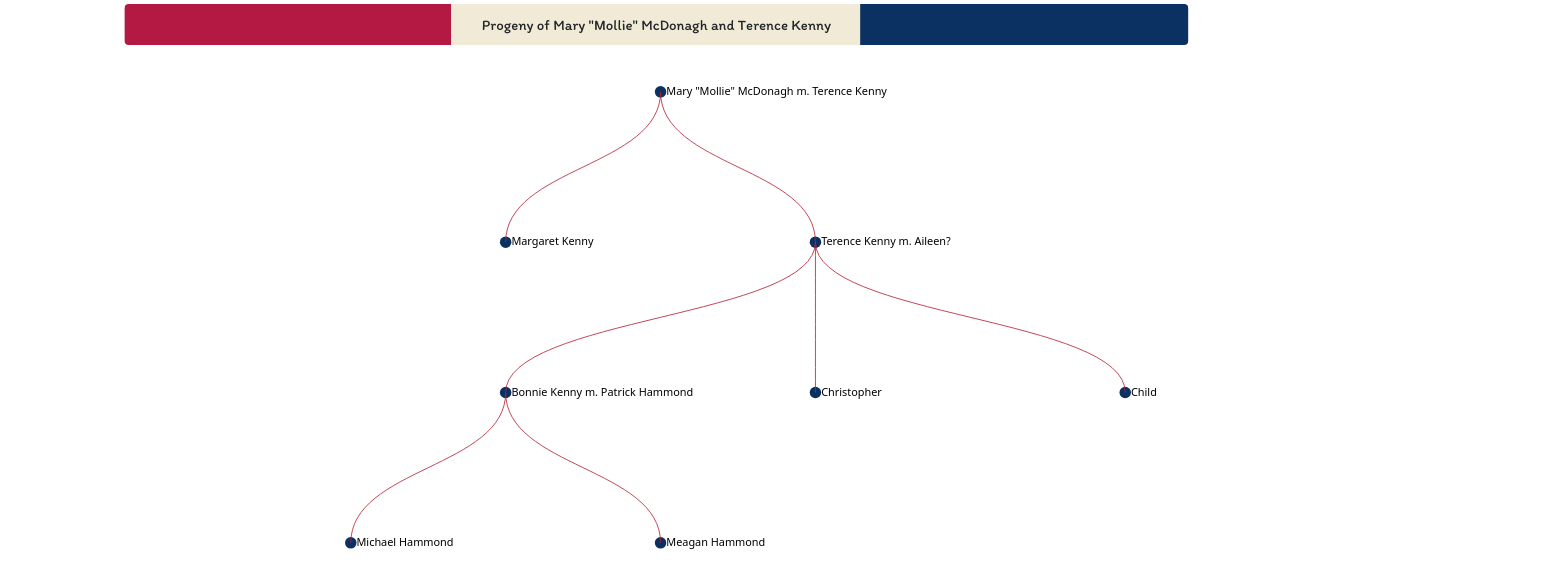
Repository: George2916/GreensladeFamilyTree
Page: progenyMollieMcDonagh.html
The author's editor kept a record of every edit. The page is drawn from the files as they stood at one moment, then again after the next edit.
The browser window is 1280 px wide. The page is 1900 px wide, so the pictures cover 1900 px, including what lies to the right of the window. The pictures show the whole page, at 82% of full size.

Above is the page before.

### progenyMollieMcDonagh.html
<!doctype html>
<html lang="en">
<head>

    <meta charset="utf-8">
    <meta http-equiv="X-UA-Compatible" content="IE-edge">
    <meta name="viewport" content="width=device-width, initial-scale=1">
    <!--[if lt IE 9]
      <script src="https://oss.maxcdn.com/html5shiv/3.7.2/html5shiv.min.js"></script>
      <script src="https://oss.maxcdn.com/respond/1.4.2/respond.min.js"></script>
    <![endif]-->

    <link rel="stylesheet" type="text/css" href="css/bootstrap.css">
    <link href="css/myStyle2.css" rel="stylesheet" type="text/css">
    <link rel="preconnect" href="https://fonts.gstatic.com">
    <link href="https://fonts.googleapis.com/css2?family=Itim&display=swap" rel="stylesheet">

<title>Progeny of Mary "Molly" McDonagh and Terence Kenny</title>

    <script src="js/d3.min.v6.7.0.js"></script>

</head>

<body class="progenySarahBody">

    <div class="container-fluid">

  <div>
    <div class="progenyMaryA"></div>
	  <div class="progenySarahB" id="progeny">Progeny of Mary "Mollie" McDonagh and Terence Kenny</div>
	  <div class="progenySarahC"></div>
  </div>

  </div>

    <script>

    var svg = d3.select("body").append("svg")
            .attr("width",1700).attr("height",620)
            .append("g").attr("transform", "translate(50,50)");

    var data = [{"child":"Mary \"Mollie\" McDonagh m. Terence Kenny", "parent": ""},

                {"child":"Margaret Kenny", "parent": "Mary \"Mollie\" McDonagh m. Terence Kenny"},

                {"child":"Terence Kenny m. Aileen?", "parent": "Mary \"Mollie\" McDonagh m. Terence Kenny"},

                {"child":"Bonnie Kenny m. Patrick Hammond", "parent": "Terence Kenny m. Aileen?"},
                {"child":"Michael Hammond", "parent": "Bonnie Kenny m. Patrick Hammond"},
                {"child":"Meagan Hammond", "parent": "Bonnie Kenny m. Patrick Hammond"},

                {"child":"Christopher", "parent": "Terence Kenny m. Aileen?"},

                {"child":"Child", "parent": "Terence Kenny m. Aileen?"},



            ];
        var dataStructure = d3.stratify()
                    .id(function(d){return d.child;})
                    .parentId(function(d){return d.parent;})
                    (data);
        var treeStructure = d3.tree().size([1700,550]);
        var information = treeStructure(dataStructure);

        var circles = svg.append("g").selectAll("circle")
                    .data(information.descendants());
        circles.enter().append("circle")
            .attr("cx", function(d){return d.x;})
            .attr("cy", function(d){return d.y;})
            .attr("r",7);

        var connections = svg.append("g").selectAll("path")
                    .data(information.links());
        connections.enter().append("path")
            .attr("d", function(d){
                return "M" + d.source.x + "," + d.source.y + " C " + d.source.x + "," + (d.source.y + d.target.y)/2 + " "
                + d.target.x + "," + (d.source.y + d.target.y)/2 + " "
                + d.target.x + "," + d.target.y;

            });

        var names = svg.append("g").selectAll("text")
                    .data(information.descendants());
        names.enter().append("text")
                .text(function(d){return d.data.child;})
                .attr("x", function(d){return d.x+7;})
                .attr("y", function(d){return d.y+4;})
    </script>

    <script src="js/d3.min.v6.7.0.js"></script>

</body>
</html>

### css/myStyle2.css
/*CSS FOR PROGENY OF EDWARD DUFFY AND MAE TORPEY*/

.progenyDuffyDiv {
    display: inline-block;
    height: 50px;
    width: 29000px;
}

.progenyEdwardDuffyA {
	background: #b22234;
	border-radius: 5px 0px 0px 5px;
	-webkit-border-radius: 5px 0px 0px 5px;
	-moz-border-radius: 5px 0px 0px 5px;
	-o-border-radius: 5px 0px 0px 5px;
	display: inline-block;
	height: 50px;
	margin: 5px -3px 5px 14525px;
	width: 800px;
	vertical-align: text-bottom;
}

.progenyEdwardDuffyB {
	background: #f0ead6;
	display: inline-block;
	font-family: 'Itim', arial, verdana;
	font-size: 18px;
	height: 50px;
	line-height: 50px;
	margin: 5px -2px 5px -2px;
	text-align: center;
	width: 800px;
	vertical-align: text-bottom;
}

.progenyEdwardDuffyC {
	background: #0A3161;
	border-radius: 0px 5px 5px 0px;
	-webkit-border-radius: 0px 5px 5px 0px;
	-moz-border-radius: 0px 5px 5px 0px;
	-o-border-radius: 0px 5px 5px 0px;
	display: inline-block;
	height: 50px;
	margin: 5px 0px 5px -3px;
	width: 800px;
	vertical-align: text-bottom;
}

circle {fill: #0A3161;}

path {fill: none;
      stroke: #b22234;
}

body {font-size: 83%;}

/*CSS FOR PROGENY OF BRIAN DUFFY AND MARY CULLAN*/

.progenyBrianDuffyBody {
    width: 3000px;

}

.progenyBrianA {
	background: #169B62;
	border-radius: 5px 0px 0px 5px;
	-webkit-border-radius: 5px 0px 0px 5px;
	-moz-border-radius: 5px 0px 0px 5px;
	-o-border-radius: 5px 0px 0px 5px;
	display: inline-block;
	height: 50px;
	margin: 5px -3px 5px 1550px;
	width: 400px;
	vertical-align: text-bottom;
}

/*CSS FOR PROGENY OF CATHERINE TARPEY AND PATRICK MULRENn*/

.progenyCatherineTorpeyBody {
    display: inline-block;
    height: 50px;
    width: 1900px;
}

.progenyCatherineTorpeyA {
	background:  #169B62;
	border-radius: 5px 0px 0px 5px;
	-webkit-border-radius: 5px 0px 0px 5px;
	-moz-border-radius: 5px 0px 0px 5px;
	-o-border-radius: 5px 0px 0px 5px;
	display: inline-block;
	height: 50px;
	margin: 5px -3px 5px 320px;
	width: 400px;
	vertical-align: text-bottom;
}

.progenyCatherineTorpeyB {
	background: #f0ead6;
	display: inline-block;
	font-family: 'Itim', arial, verdana;
	font-size: 18px;
	height: 50px;
	line-height: 50px;
	margin: 5px -2px 5px -2px;
	text-align: center;
	width: 400px;
	vertical-align: text-bottom;
}

.progenyCatherineTorpeyC {
	background: #FF883E;
	border-radius: 0px 5px 5px 0px;
	-webkit-border-radius: 0px 5px 5px 0px;
	-moz-border-radius: 0px 5px 5px 0px;
	-o-border-radius: 0px 5px 5px 0px;
	display: inline-block;
	height: 50px;
	margin: 5px 0px 5px -3px;
	width: 400px;
	vertical-align: text-bottom;
}

/*CSS FOR PROGENY OF KATHLEEN DUFFY AND JAMES COBURN*/

.progenyCoburnDiv {
    display: inline-block;
    height: 50px;
    width: 1500px;
}

.progenyCoburnA {
	background: #B31942;
	border-radius: 5px 0px 0px 5px;
	-webkit-border-radius: 5px 0px 0px 5px;
	-moz-border-radius: 5px 0px 0px 5px;
	-o-border-radius: 5px 0px 0px 5px;
	display: inline-block;
	height: 50px;
	margin: 5px -3px 5px 100px;
	width: 400px;
	vertical-align: text-bottom;
}

.progenyCoburnB {
	background: #f0ead6;
	display: inline-block;
	font-family: 'Itim', arial, verdana;
	font-size: 18px;
	height: 50px;
	line-height: 50px;
	margin: 5px -2px 5px -2px;
	text-align: center;
	width: 400px;
	vertical-align: text-bottom;
}

.progenyCoburnC {
	background: #0A3161;
	border-radius: 0px 5px 5px 0px;
	-webkit-border-radius: 0px 5px 5px 0px;
	-moz-border-radius: 0px 5px 5px 0px;
	-o-border-radius: 0px 5px 5px 0px;
	display: inline-block;
	height: 50px;
	margin: 5px 0px 5px -3px;
	width: 400px;
	vertical-align: text-bottom;
}

/*CSS FOR PROGENY OF KEVIN DUFFY AND UNA BEGLEY*/

.progenyKevinBody {
    display: inline-block;
    height: 50px;
    width: 2000px;
}

.progenyKevinA {
	background: #169B62;
	border-radius: 5px 0px 0px 5px;
	-webkit-border-radius: 5px 0px 0px 5px;
	-moz-border-radius: 5px 0px 0px 5px;
	-o-border-radius: 5px 0px 0px 5px;
	display: inline-block;
	height: 50px;
	margin: 5px -3px 5px 450px;
	width: 400px;
	vertical-align: text-bottom;
}

.progenyKevinB {
	background: #f0ead6;
	display: inline-block;
	font-family: 'Itim', arial, verdana;
	font-size: 18px;
	height: 50px;
	line-height: 50px;
	margin: 5px -2px 5px -2px;
	text-align: center;
	width: 400px;
	vertical-align: text-bottom;
}

.progenyKevinC {
	background: #FF883E;
	border-radius: 0px 5px 5px 0px;
	-webkit-border-radius: 0px 5px 5px 0px;
	-moz-border-radius: 0px 5px 5px 0px;
	-o-border-radius: 0px 5px 5px 0px;
	display: inline-block;
	height: 50px;
	margin: 5px 0px 5px -3px;
	width: 400px;
	vertical-align: text-bottom;
}

/*CSS FOR PROGENY OF UNA DUFFY AND SAM MEDLICOTT*/

.progenyMedlicottBody {
    display: inline-block;
    height: 50px;
    width: 2000px;
}

.progenyMedlicottA {
	background: #C8102E;
	border-radius: 5px 0px 0px 5px;
	-webkit-border-radius: 5px 0px 0px 5px;
	-moz-border-radius: 5px 0px 0px 5px;
	-o-border-radius: 5px 0px 0px 5px;
	display: inline-block;
	height: 50px;
	margin: 5px -3px 5px 250px;
	width: 500px;
	vertical-align: text-bottom;
}

.progenyMedlicottB {
	background: #f0ead6;
	border: 1px solid black;
	display: inline-block;
	font-family: 'Itim', arial, verdana;
	font-size: 18px;
	height: 50px;
	line-height: 50px;
	margin: 5px -2px 5px -2px;
	text-align: center;
	width: 500px;
	vertical-align: text-bottom;
}

.progenyMedlicottC {
	background: #012169;
	border-radius: 0px 5px 5px 0px;
	-webkit-border-radius: 0px 5px 5px 0px;
	-moz-border-radius: 0px 5px 5px 0px;
	-o-border-radius: 0px 5px 5px 0px;
	display: inline-block;
	height: 50px;
	margin: 5px 0px 5px -3px;
	width: 500px;
	vertical-align: text-bottom;
}

/*CSS FOR PROGENY OF MARY ANN DUFFY AND THOMAS SCANLON*/

.progenyScanlonBody {
    display: inline-block;
    height: 50px;
    width: 15000px;
}

.progenyScanlonA {
	background: #B31942;
	border-radius: 5px 0px 0px 5px;
	-webkit-border-radius: 5px 0px 0px 5px;
	-moz-border-radius: 5px 0px 0px 5px;
	-o-border-radius: 5px 0px 0px 5px;
	display: inline-block;
	height: 50px;
	margin: 5px -3px 5px 10725px;
	width: 800px;
	vertical-align: text-bottom;
}

.progenyScanlonB {
	background: #f0ead6;
	display: inline-block;
	font-family: 'Itim', arial, verdana;
	font-size: 18px;
	height: 50px;
	line-height: 50px;
	margin: 5px -2px 5px -2px;
	text-align: center;
	width: 800px;
	vertical-align: text-bottom;
}

.progenyScanlonC {
	background: #0A3161;
	border-radius: 0px 5px 5px 0px;
	-webkit-border-radius: 0px 5px 5px 0px;
	-moz-border-radius: 0px 5px 5px 0px;
	-o-border-radius: 0px 5px 5px 0px;
	display: inline-block;
	height: 50px;
	margin: 5px 0px 5px -3px;
	width: 800px;
	vertical-align: text-bottom;
}

/*CSS FOR PROGENY OF MICHAEL "MICK" McDONAGH AND MARY ANN COLEMAN*/

.progenyMickMcDonaghBody {
    width: 3000px;

}

.progenyMickA {
	background: #169B62;
	border-radius: 5px 0px 0px 5px;
	-webkit-border-radius: 5px 0px 0px 5px;
	-moz-border-radius: 5px 0px 0px 5px;
	-o-border-radius: 5px 0px 0px 5px;
	display: inline-block;
	height: 50px;
	margin: 5px -3px 5px 450px;
	width: 600px;
	vertical-align: text-bottom;
}

.progenyMickB {
	background: #f0ead6;
	display: inline-block;
	font-family: 'Itim', arial, verdana;
	font-size: 18px;
	height: 50px;
	line-height: 50px;
	margin: 5px -2px 5px -2px;
	text-align: center;
	width: 600px;
	vertical-align: text-bottom;
}

.progenyMickC {
	background: #FF883E;
	border-radius: 0px 5px 5px 0px;
	-webkit-border-radius: 0px 5px 5px 0px;
	-moz-border-radius: 0px 5px 5px 0px;
	-o-border-radius: 0px 5px 5px 0px;
	display: inline-block;
	height: 50px;
	margin: 5px 0px 5px -3px;
	width: 600px;
	vertical-align: text-bottom;
}

/*CSS FOR PROGENY OF SARAH "SADIE" McDONAGH/JOHN COMINOS AND MARY "MOLLIE" McDONAGH AND TERENCE KENNY*/

.progenySarahBody {
    display: inline-block;
    height: 50px;
    width: 1900px;
}

.progenySarahA {
	background:  #B31942;
	border-radius: 5px 0px 0px 5px;
	-webkit-border-radius: 5px 0px 0px 5px;
	-moz-border-radius: 5px 0px 0px 5px;
	-o-border-radius: 5px 0px 0px 5px;
	display: inline-block;
	height: 50px;
	margin: 5px -3px 5px 130px;
	width: 400px;
	vertical-align: text-bottom;
}

.progenyMaryA {
	background:  #B31942;
	border-radius: 5px 0px 0px 5px;
	-webkit-border-radius: 5px 0px 0px 5px;
	-moz-border-radius: 5px 0px 0px 5px;
	-o-border-radius: 5px 0px 0px 5px;
	display: inline-block;
	height: 50px;
	margin: 5px -3px 5px 140px;
	width: 400px;
	vertical-align: text-bottom;
}

.progenySarahB {
	background: #f0ead6;
	display: inline-block;
	font-family: 'Itim', arial, verdana;
	font-size: 18px;
	height: 50px;
	line-height: 50px;
	margin: 5px -2px 5px -2px;
	text-align: center;
	width: 500px;
	vertical-align: text-bottom;
}

.progenySarahC {
	background: #0A3161;
	border-radius: 0px 5px 5px 0px;
	-webkit-border-radius: 0px 5px 5px 0px;
	-moz-border-radius: 0px 5px 5px 0px;
	-o-border-radius: 0px 5px 5px 0px;
	display: inline-block;
	height: 50px;
	margin: 5px 0px 5px -3px;
	width: 400px;
	vertical-align: text-bottom;
}

Loaded but not shown: css/bootstrap.css (library); js/d3.min.v6.7.0.js (library)

After the next edit:
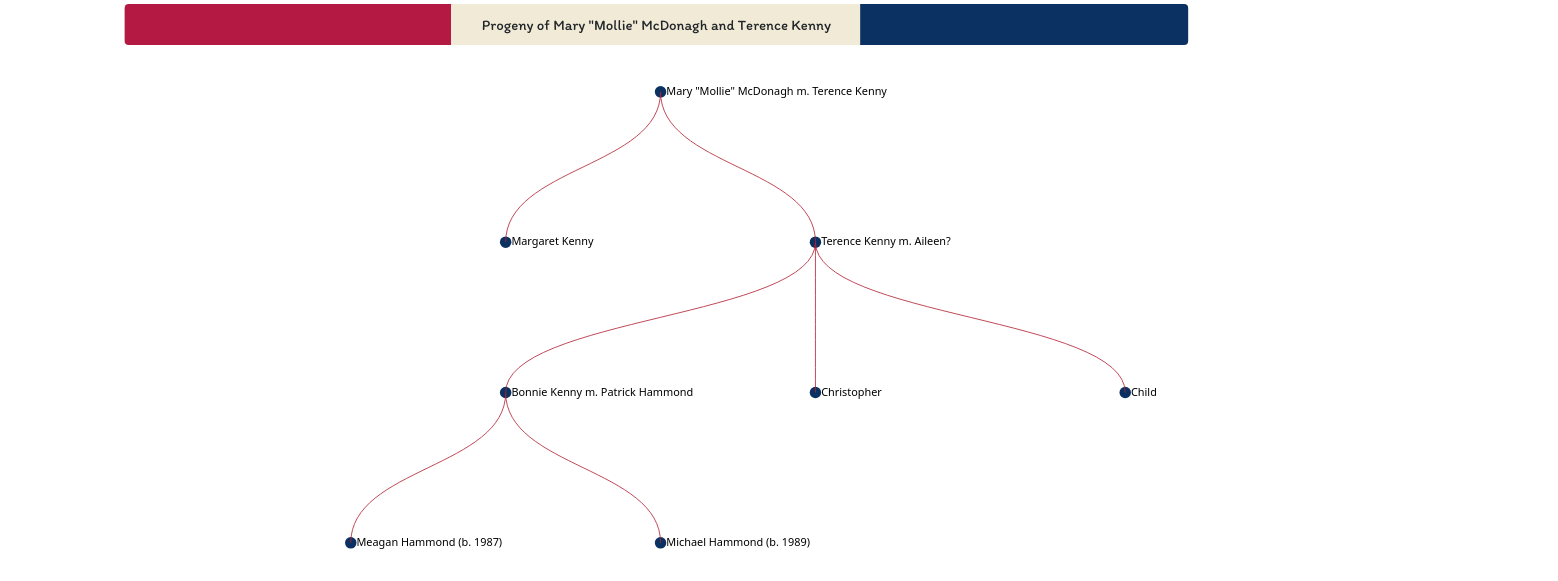
The edit:
--- a/progenyMollieMcDonagh.html
+++ b/progenyMollieMcDonagh.html
@@ -46,8 +46,8 @@
                 {"child":"Terence Kenny m. Aileen?", "parent": "Mary \"Mollie\" McDonagh m. Terence Kenny"},
 
                 {"child":"Bonnie Kenny m. Patrick Hammond", "parent": "Terence Kenny m. Aileen?"},
-                {"child":"Michael Hammond", "parent": "Bonnie Kenny m. Patrick Hammond"},
-                {"child":"Meagan Hammond", "parent": "Bonnie Kenny m. Patrick Hammond"},
+                {"child":"Meagan Hammond (b. 1987)", "parent": "Bonnie Kenny m. Patrick Hammond"},
+                {"child":"Michael Hammond (b. 1989)", "parent": "Bonnie Kenny m. Patrick Hammond"},
 
                 {"child":"Christopher", "parent": "Terence Kenny m. Aileen?"},
 
